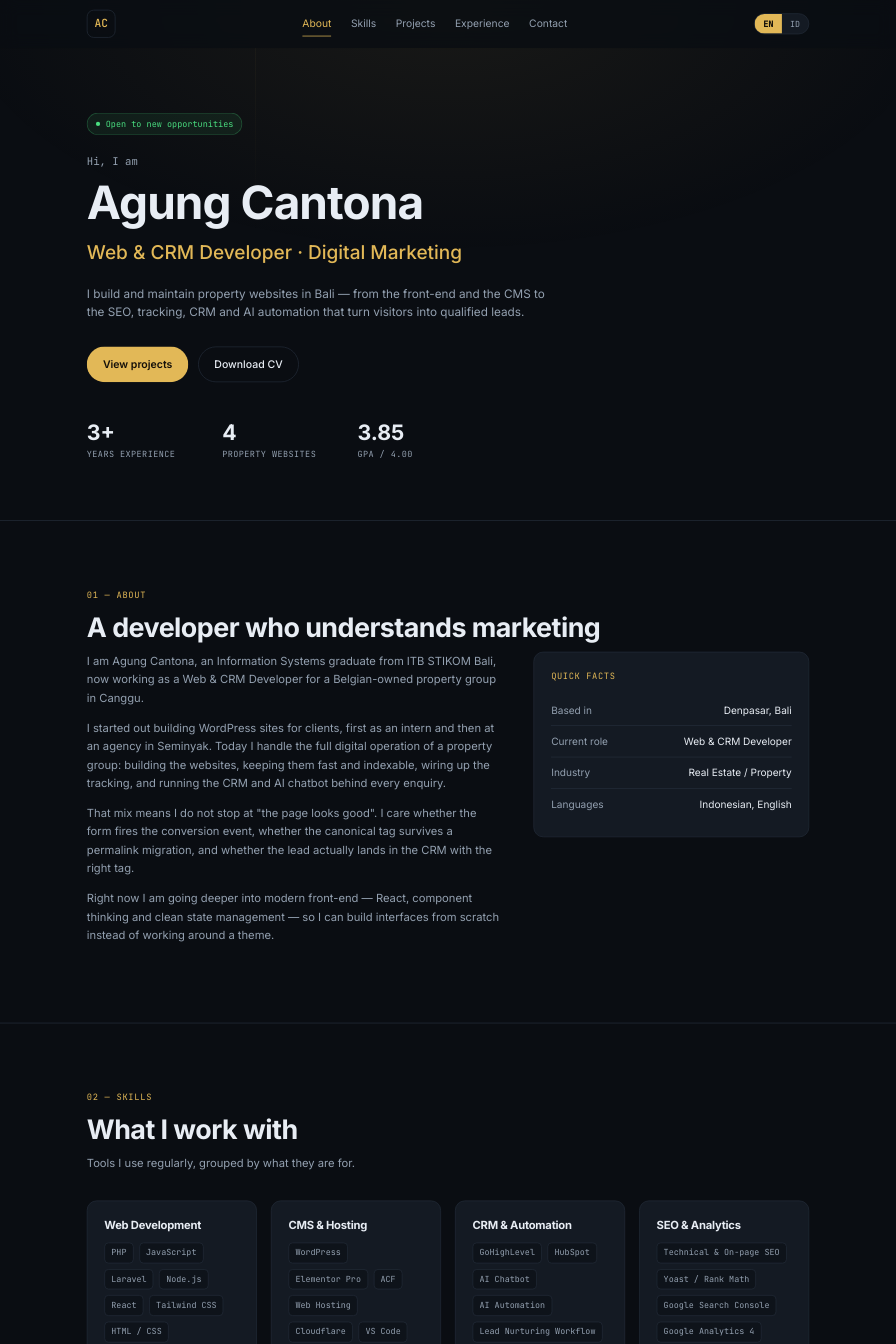
Repository: agungcantona/portfolio-react
Page: /
The author's editor kept a copy of each file at every save. The page is drawn from the files as they stood at one save, then again after the next save.
The browser window is 1280 px wide. The pictures show the part of the page from y = 0 to 1920 px (the page is 5966 px tall before and 720 px after), at 70% of full size.
The project was rebuilt for these pictures with package versions that can differ from the ones it lists, and the page was loaded fresh each time. Also part of the build but not shown: vite.config.js, src/hooks/useReveal.js.

Above is the page before, as saved 2026-09-02 21:55:14.

After the next save:
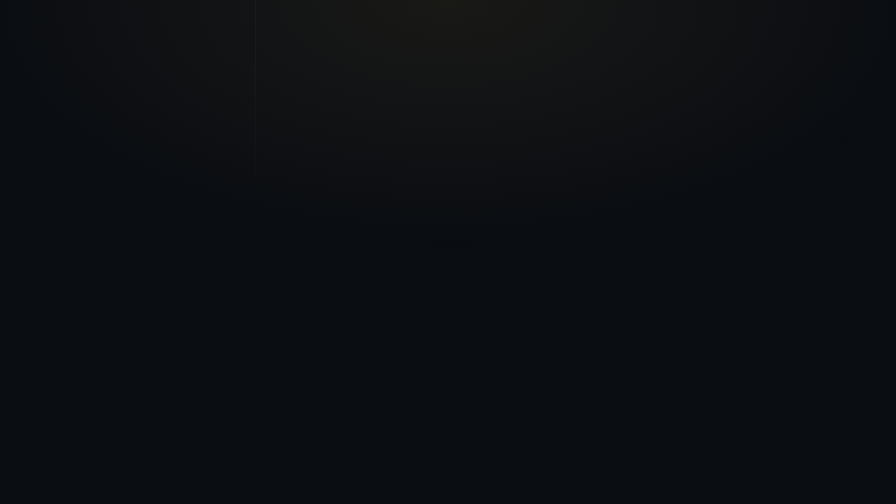
Console error: TypeError: Cannot read properties of undefined (reading 'map')
Saved 35 s later.
--- a/src/data/content.js
+++ b/src/data/content.js
@@ -132,7 +132,7 @@ export const projects = [
         "Sedang berjalan — sitemap, struktur halaman, dan fondasi analytics",
       ],
     },
-    tech: ["In development"],
+    // tech: ["In development"],
     inProgress: true,
   },
 ];

After the save that followed:
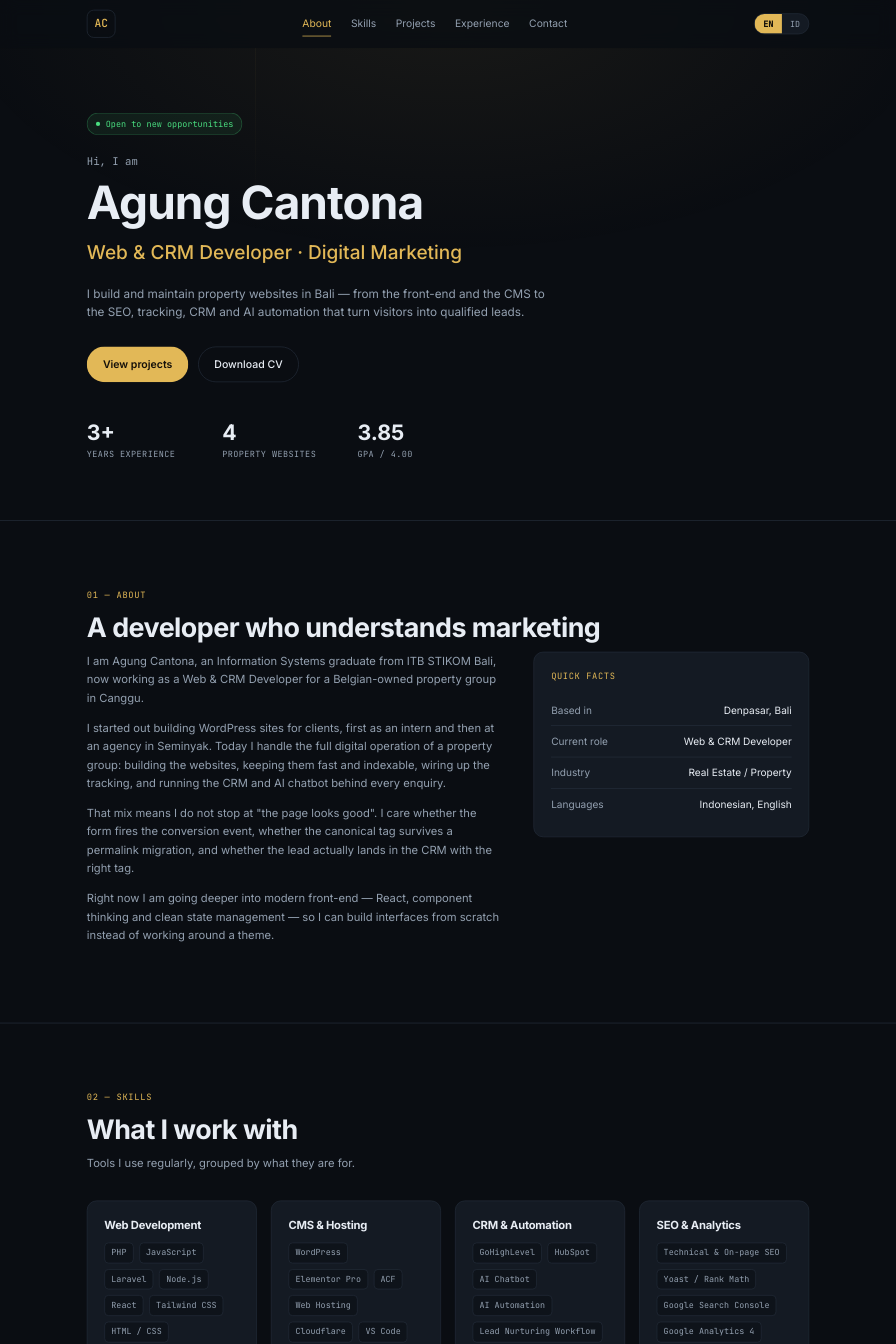
The error is gone.
Saved 18 s later.
--- a/src/data/content.js
+++ b/src/data/content.js
@@ -132,7 +132,7 @@ export const projects = [
         "Sedang berjalan — sitemap, struktur halaman, dan fondasi analytics",
       ],
     },
-    // tech: ["In development"],
+    tech: ["In development"],
     inProgress: true,
   },
 ];
